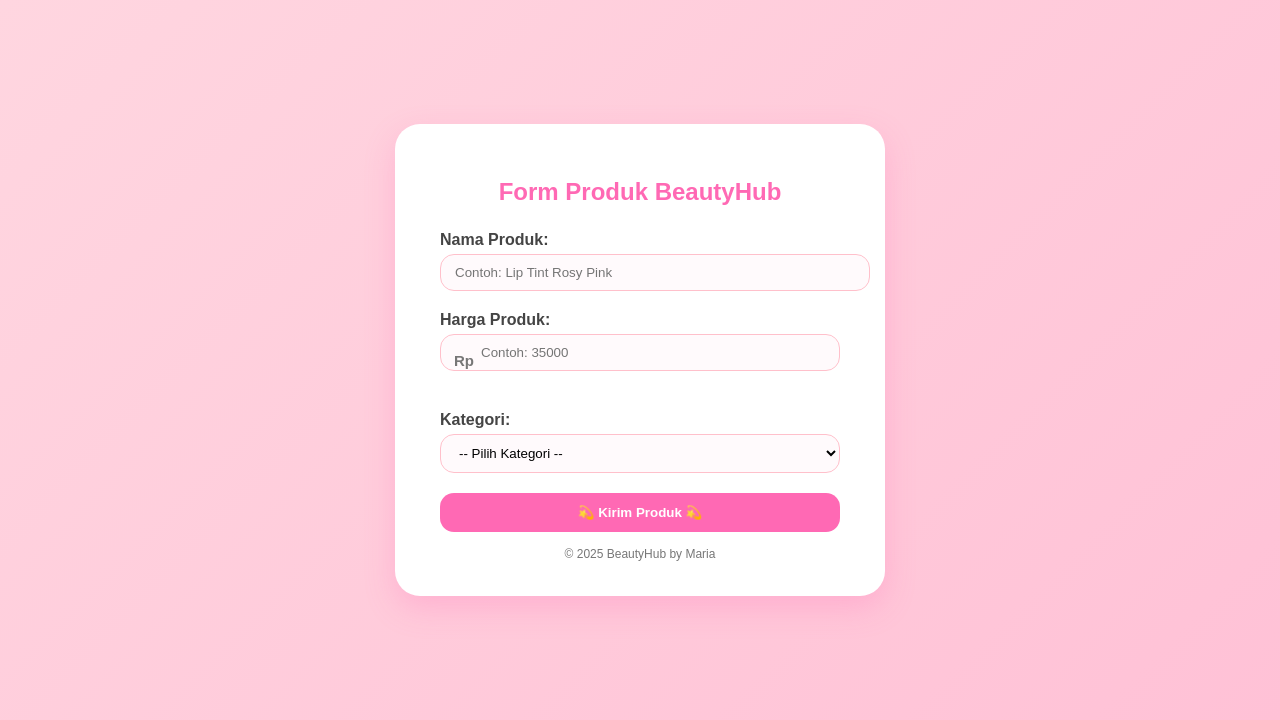
Repository: Bearli-py/latihan_laravel
Page: http://localhost/form-produk
An editor plug-in stored every save of this project. The page is shown before and after a run of saves, followed by the edit.
The browser window is 1280 px wide. The pictures show the whole page.
Some web fonts or font styles are not loaded; a fallback is used. The page is served by the project's Laravel application, run on PHP 8.4 with Laravel 10.

Above is the page before, as saved 2025-10-22 15:03:00.

After the next 2 saves:
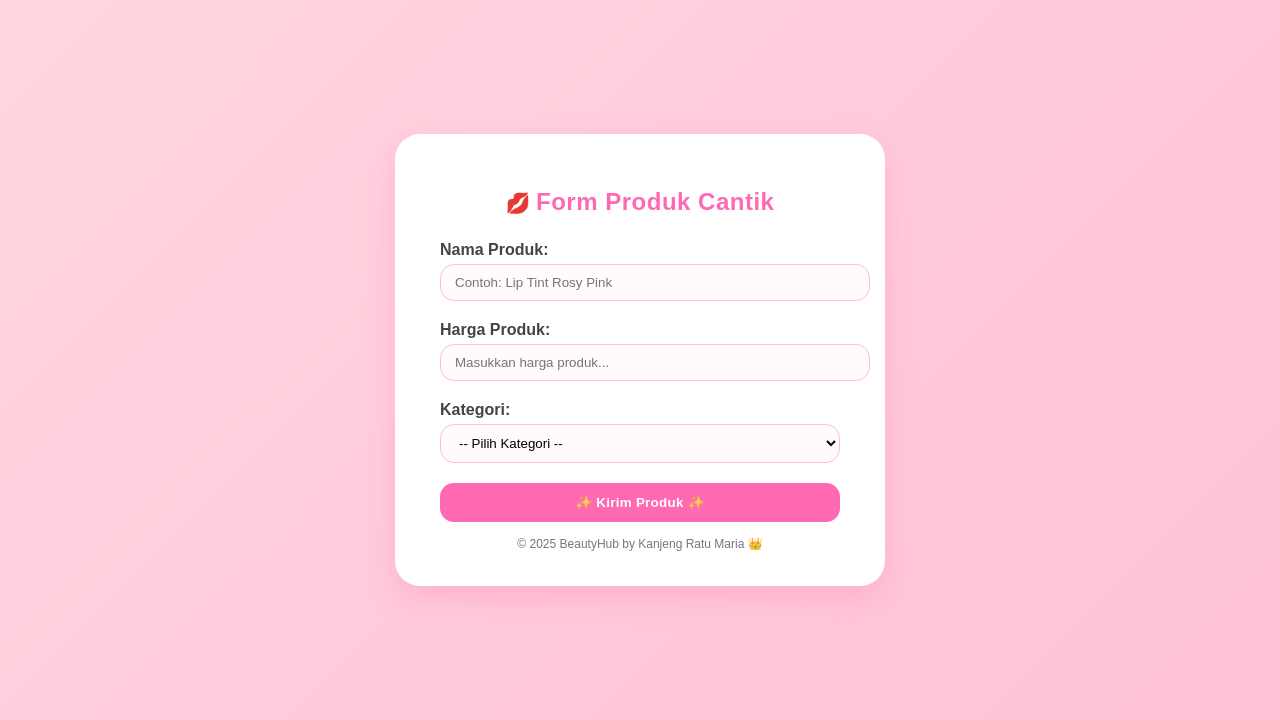
The 2 saves are shown as one change because they came seconds apart.
The last was saved 46 s later.
--- a/resources/views/form-produk.blade.php
+++ b/resources/views/form-produk.blade.php
@@ -3,7 +3,8 @@
 <head>
     <meta charset="UTF-8">
     <meta name="viewport" content="width=device-width, initial-scale=1.0">
-    <title>Form Produk BeautyHub</title>
+    <title>Form Produk Cantik</title>
+    <!-- Import font aesthetic -->
     <link href="https://fonts.googleapis.com/css2?family=Quicksand:wght@400;500;600;700&display=swap" rel="stylesheet">
 
     <style>
@@ -23,6 +24,12 @@
             padding: 35px 45px;
             border-radius: 25px;
             box-shadow: 0 12px 30px rgba(255, 105, 180, 0.25);
+            transition: 0.3s;
+        }
+
+        .form-container:hover {
+            transform: translateY(-3px);
+            box-shadow: 0 15px 35px rgba(255, 105, 180, 0.35);
         }
 
         h2 {
@@ -30,6 +37,7 @@
             color: #FF69B4;
             margin-bottom: 25px;
             font-weight: 700;
+            letter-spacing: 0.5px;
         }
 
         label {
@@ -47,33 +55,12 @@
             outline: none;
             transition: all 0.3s ease;
             background-color: #fffafc;
+            font-family: 'Quicksand', sans-serif;
         }
 
         input:focus, select:focus {
             border-color: #FF69B4;
             box-shadow: 0 0 6px rgba(255, 105, 180, 0.5);
-        }
-
-        /* fix input harga */
-        .input-rupiah {
-            position: relative;
-            margin-bottom: 20px;
-        }
-
-        .input-rupiah span {
-            position: absolute;
-            top: 50%;
-            left: 14px;
-            transform: translateY(-50%);
-            color: #777;
-            font-weight: 600;
-            font-size: 15px;
-        }
-
-        .input-rupiah input {
-            width: 100%;
-            padding-left: 40px;
-            box-sizing: border-box;
         }
 
         button {
@@ -86,6 +73,8 @@
             border-radius: 14px;
             cursor: pointer;
             transition: 0.3s;
+            font-family: 'Quicksand', sans-serif;
+            letter-spacing: 0.3px;
         }
 
         button:hover {
@@ -108,17 +97,14 @@
 </head>
 <body>
     <div class="form-container">
-        <h2>Form Produk BeautyHub</h2>
+        <h2><span class="emoji">💋</span>Form Produk Cantik</h2>
         <form action="/kirim-produk" method="POST">
             @csrf
             <label for="nama">Nama Produk:</label>
             <input type="text" id="nama" name="nama" placeholder="Contoh: Lip Tint Rosy Pink" required>
 
             <label for="harga">Harga Produk:</label>
-            <div class="input-rupiah">
-                <span>Rp</span>
-                <input type="number" id="harga" name="harga" placeholder="Contoh: 35000" min="1000" step="500" required>
-            </div>
+            <input type="number" id="harga" name="harga" placeholder="Masukkan harga produk..." required>
 
             <label for="kategori">Kategori:</label>
             <select id="kategori" name="kategori" required>
@@ -130,9 +116,9 @@
                 <option value="Fashion">Fashion</option>
             </select>
 
-            <button type="submit">💫 Kirim Produk 💫</button>
+            <button type="submit">✨ Kirim Produk ✨</button>
         </form>
-        <footer>© 2025 BeautyHub by Maria</footer>
+        <footer>© 2025 BeautyHub by Kanjeng Ratu Maria 👑</footer>
     </div>
 </body>
 </html>
